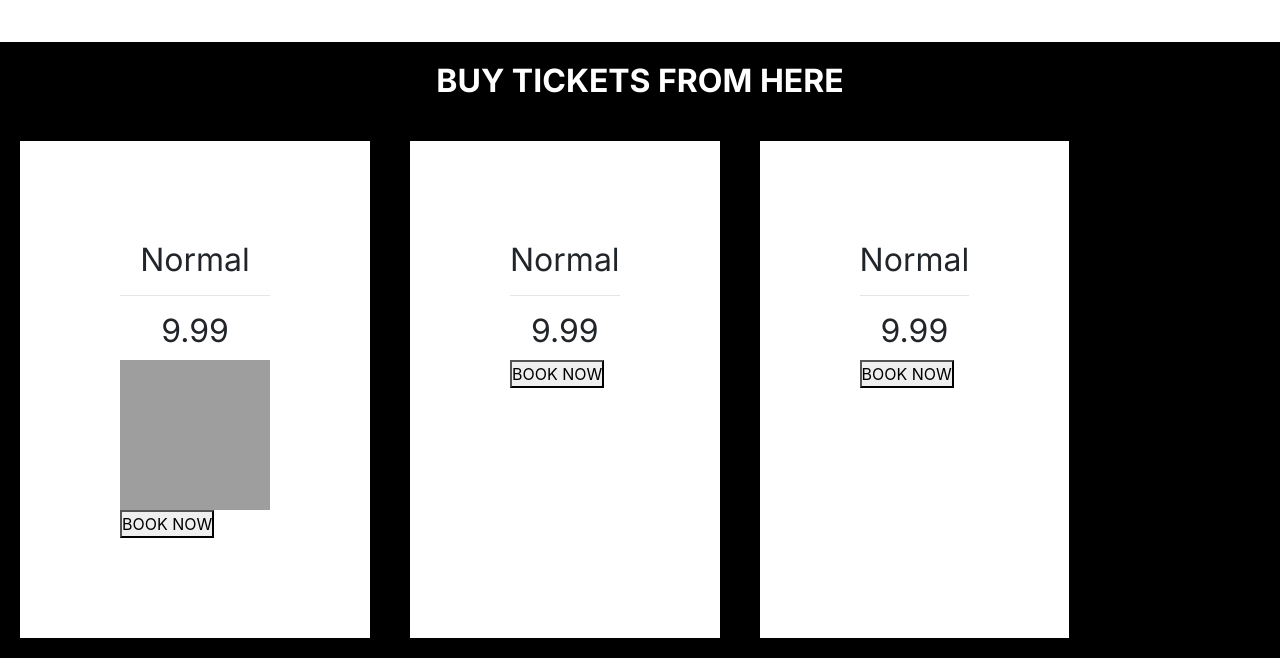
Repository: m-koparanova/MuseumOfCandy
Page: index.html
The author's editor kept a copy of each file at every save. The page is drawn from the files as they stood at one save, then again after the next save.
The browser window is 1280 px wide. The pictures show the part of the page from y = 1376 to 2034 px (the page is 2034 px tall).
Pictures or frames that could not be fetched are drawn as grey boxes. Some web fonts or font styles are not loaded; a fallback is used.

Above is the page before, as saved 2023-03-05 22:23:17.

After the next save:
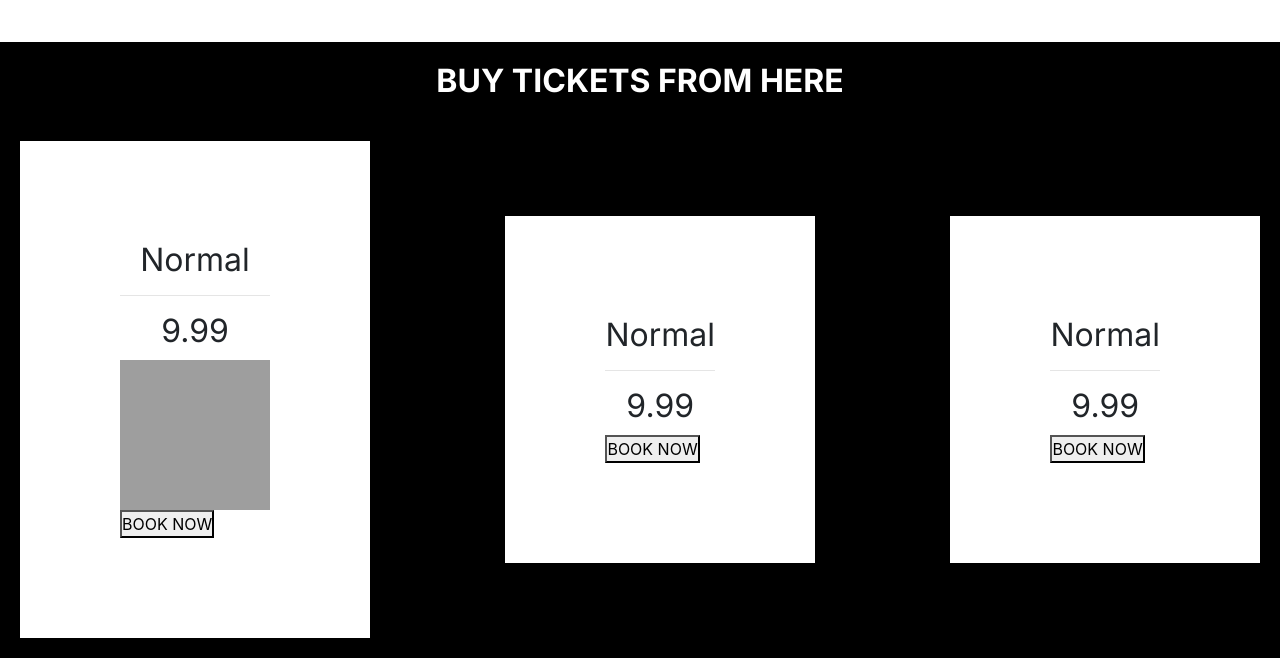
Saved 29 s later.
--- a/style.css
+++ b/style.css
@@ -135,6 +135,8 @@
     display: flex;
     width: 280;
     position: relative;
+    align-items: center;
+    justify-content: space-between;
 
 }
 
